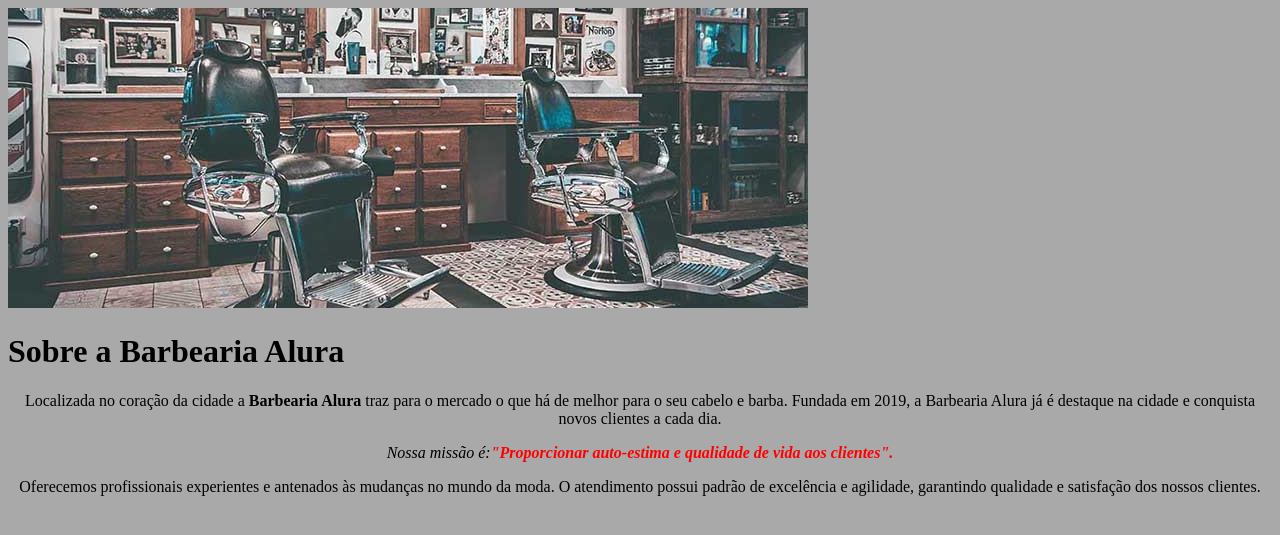
Repository: AnaBerlanda/AulaAlura
Page: index.html
An editor plug-in stored every save of this project. The page is shown before and after the next save, followed by the edit.
The browser window is 1280 px wide. The pictures show the whole page.

Above is the page before, as saved 2022-04-06 15:01:37.

### index.html
<!DOCTYPE html>
<html lang="pt-br">

<head>
    <meta charset="utf-8" />
    <title>Barbearia Alura</title>
    <link type="text/css" rel="stylesheet" href="index.css">
</head>
<body>
    <img src="imagem/banner.jpg">
    <h1>Sobre a Barbearia Alura</h1>
    <p>Localizada no coração da cidade a <strong> Barbearia Alura</strong> traz para o mercado o que há de melhor para o seu cabelo e barba.
    Fundada em 2019, a Barbearia Alura já é destaque na cidade e conquista novos clientes a cada dia.</p>
    <p><em>Nossa missão é:<strong>"Proporcionar auto-estima e qualidade de vida aos clientes".</strong></em></p>
    <p>Oferecemos profissionais experientes e antenados às mudanças no mundo da moda.
    O atendimento possui padrão de excelência e agilidade, garantindo qualidade e satisfação dos nossos clientes.</p>
</body>

### index.css
body{
    background-color:darkgray;
}
p{
    text-align: center;
}
em strong{
    color: red;
}

After the next save:
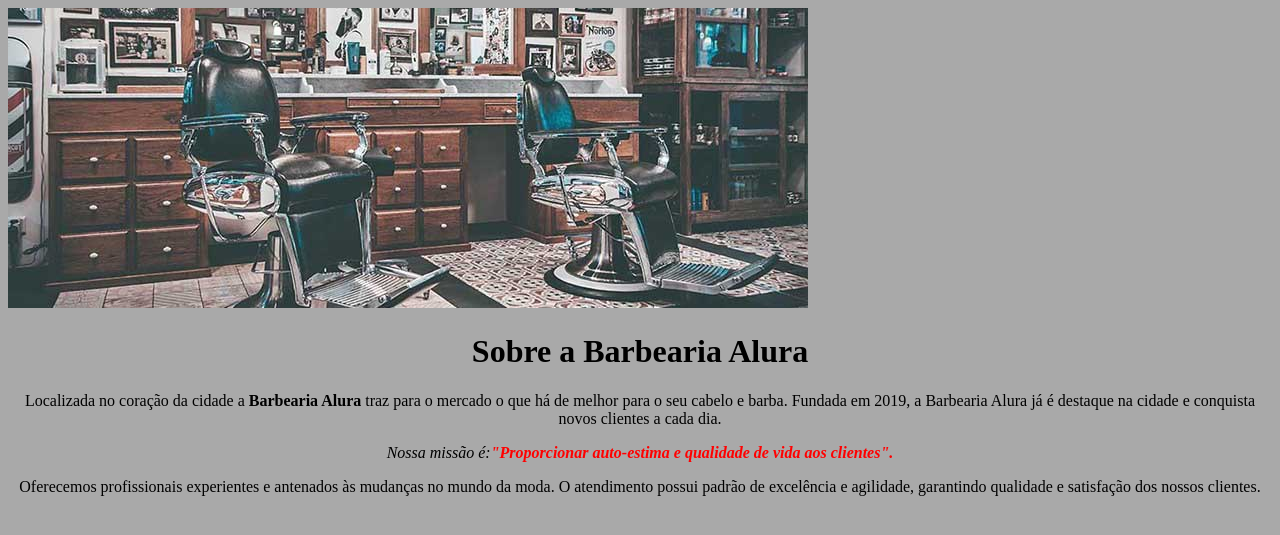
Saved 15 s later.
--- a/index.css
+++ b/index.css
@@ -7,3 +7,7 @@ p{
 em strong{
     color: red;
 }
+
+h1{
+    text-align: center;
+}
